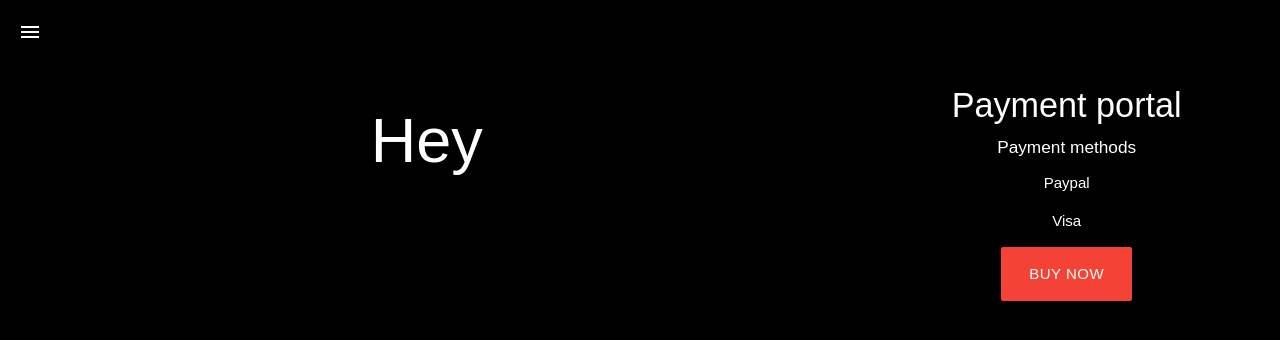
Repository: Ajtheult/final-project
Page: /cart
These files come from the project's save history. The page is drawn as it stood at one moment and after the next save; the edit follows.
The browser window is 1280 px wide. The pictures show the whole page.
Some web fonts or font styles are not loaded; a fallback is used. Some web libraries are served in a nearby version. The project was rebuilt for these pictures with package versions that can differ from the ones it lists, and the page was loaded fresh each time. Also part of the build but not shown: src/layout/pages/LandingPage.js, src/layout/pages/About.js, src/layout/pages/catalogue/Keys.js, src/layout/pages/catalogue/String.js, src/layout/pages/catalogue/Woodwind.js, src/layout/pages/catalogue/Percussion.js, src/layout/pages/login/Login.js, src/layout/pages/login/NewSignUp.js.

Above is the page before, as saved 2020-07-23 10:40:59.

After the next save:
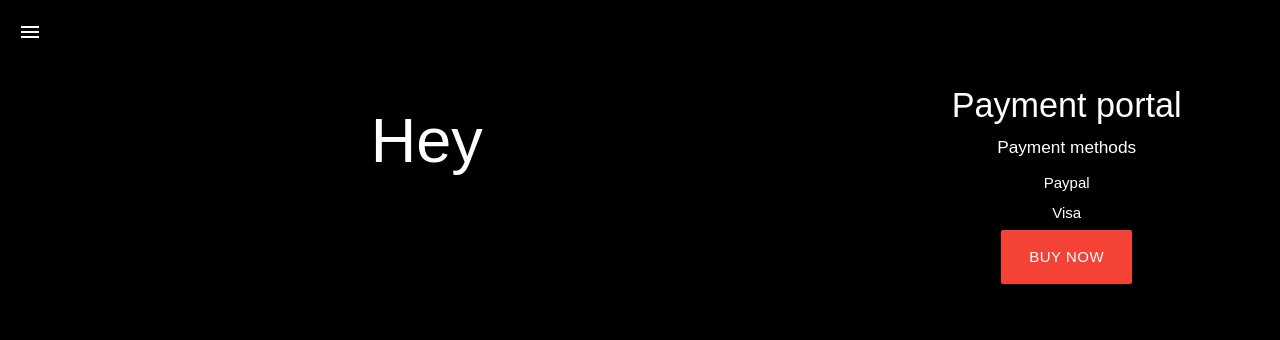
Saved 4 s later.
--- a/src/App.css
+++ b/src/App.css
@@ -238,5 +238,5 @@ body {
 }
 
 .move_payment_up {
-  line-height: -5px;
-}
+  line-height: 5px;
+}
